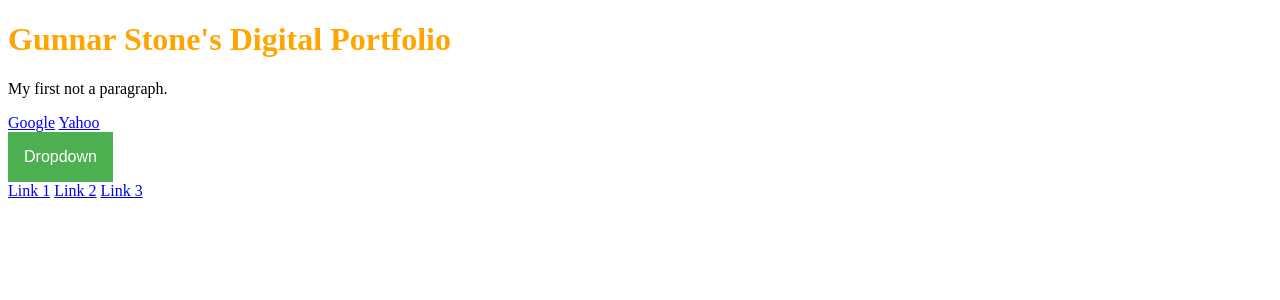
Repository: GunnarStone/GunnarStone.github.io
Page: index.html
The author's editor kept a record of every edit. The page is drawn from the files as they stood at one moment, then again after the next edit.
The browser window is 1280 px wide. The pictures show the whole page.

Above is the page before.

### index.html
<!DOCTYPE html>
<html>
    <head>
        <style>
        body {background-color: white;}
        h1   {color: orange;}
        p    {color: black;}
        a:hover {
          background-color: orange;
          color:white;
        }
         .dropbtn {
          background-color: #4CAF50;
          color: white;
          padding: 16px;
          font-size: 16px;
          border: none;
        }

        </style>
        <title>My Little Digital Portfolio</title>
    </head>
    <body>

    <h1>Gunnar Stone's Digital Portfolio</h1>
    <p>My first not a paragraph.</p>
    <div>
    <a href="https://www.yahoo.com/">Google</a>
    <a href="https://www.google.com/">Yahoo</a>
    </div>
    <div class="dropdown">
  <button class="dropbtn">Dropdown</button>
  <div class="dropdown-content">
    <a href="#">Link 1</a>
    <a href="#">Link 2</a>
    <a href="#">Link 3</a>
  </div>
</div>
    </body>
</html>

After the next edit:
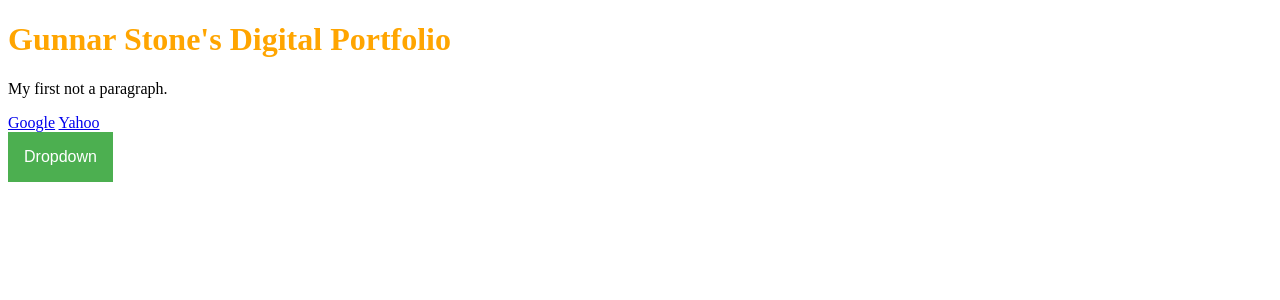
The edit:
--- a/index.html
+++ b/index.html
@@ -16,6 +16,18 @@
           font-size: 16px;
           border: none;
         }
+        .dropdown {
+          position: relative;
+          display: inline-block;
+        }
+        .dropdown-content {
+  display: none;
+  position: absolute;
+  background-color: #f1f1f1;
+  min-width: 160px;
+      box-shadow: 0px 8px 16px 0px rgba(0,0,0,0.2);
+      z-index: 1;
+}
 
         </style>
         <title>My Little Digital Portfolio</title>
